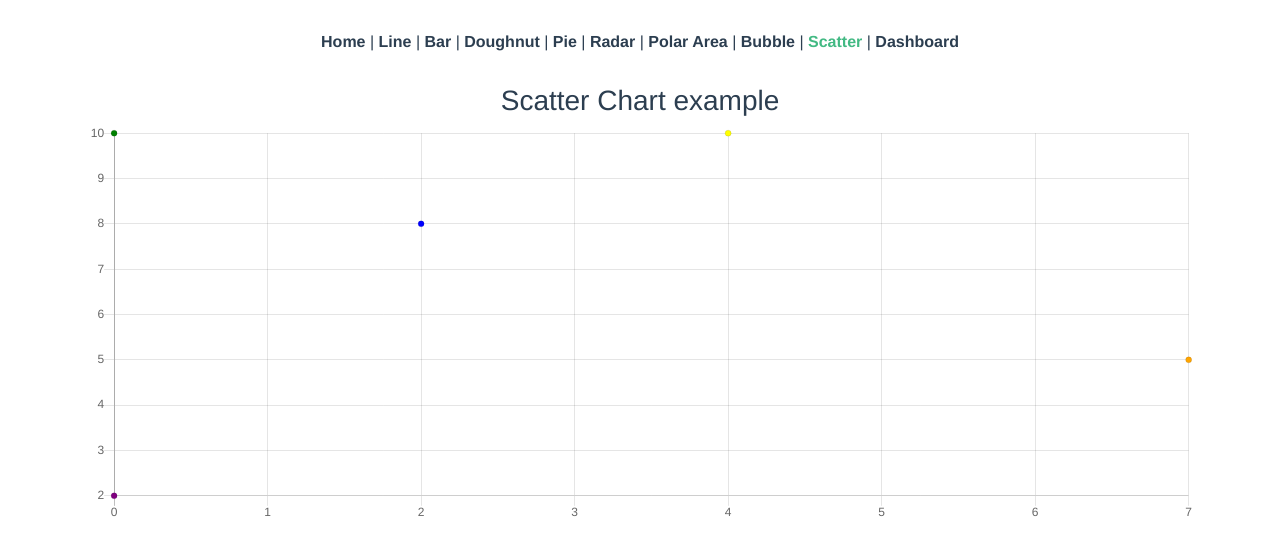
Repository: nashthecoder/vue_learn
Page: /scatter (app in client/)
The author's editor kept a copy of each file at every save. The page is drawn from the files as they stood at one save, then again after the next save.
The browser window is 1280 px wide. The pictures show the whole page.
The project was rebuilt for these pictures with package versions that can differ from the ones it lists, and the page was loaded fresh each time. Imported but missing from the stored project, and not drawn on this page: client/src/views/Home.vue.

Above is the page before, as saved 2020-12-24 17:32:32.

After the next save:
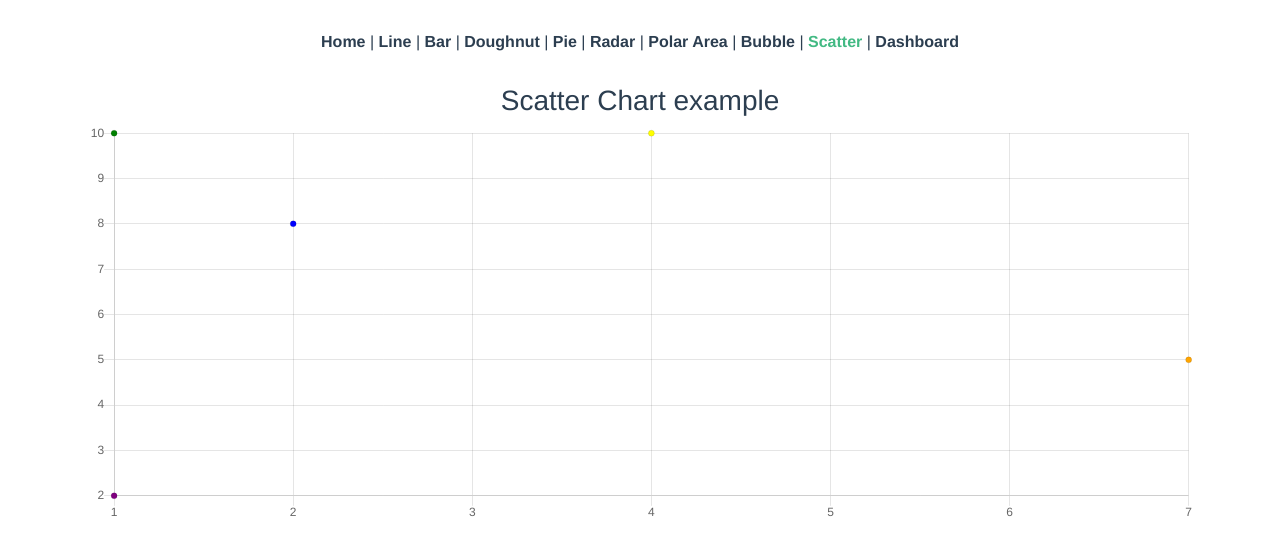
Saved 23 s later.
--- a/client/src/components/ScatterChart.vue
+++ b/client/src/components/ScatterChart.vue
@@ -30,11 +30,11 @@ export default {
               "purple"
             ],
             data: [
-              { x: 0, y: 10 },
+              { x: 1, y: 10 },
               { x: 2, y: 8 },
               { x: 4, y: 10 },
               { x: 7, y: 5 },
-              { x: 0, y: 2 }
+              { x: 1, y: 2 }
             ]
           }
         ]
